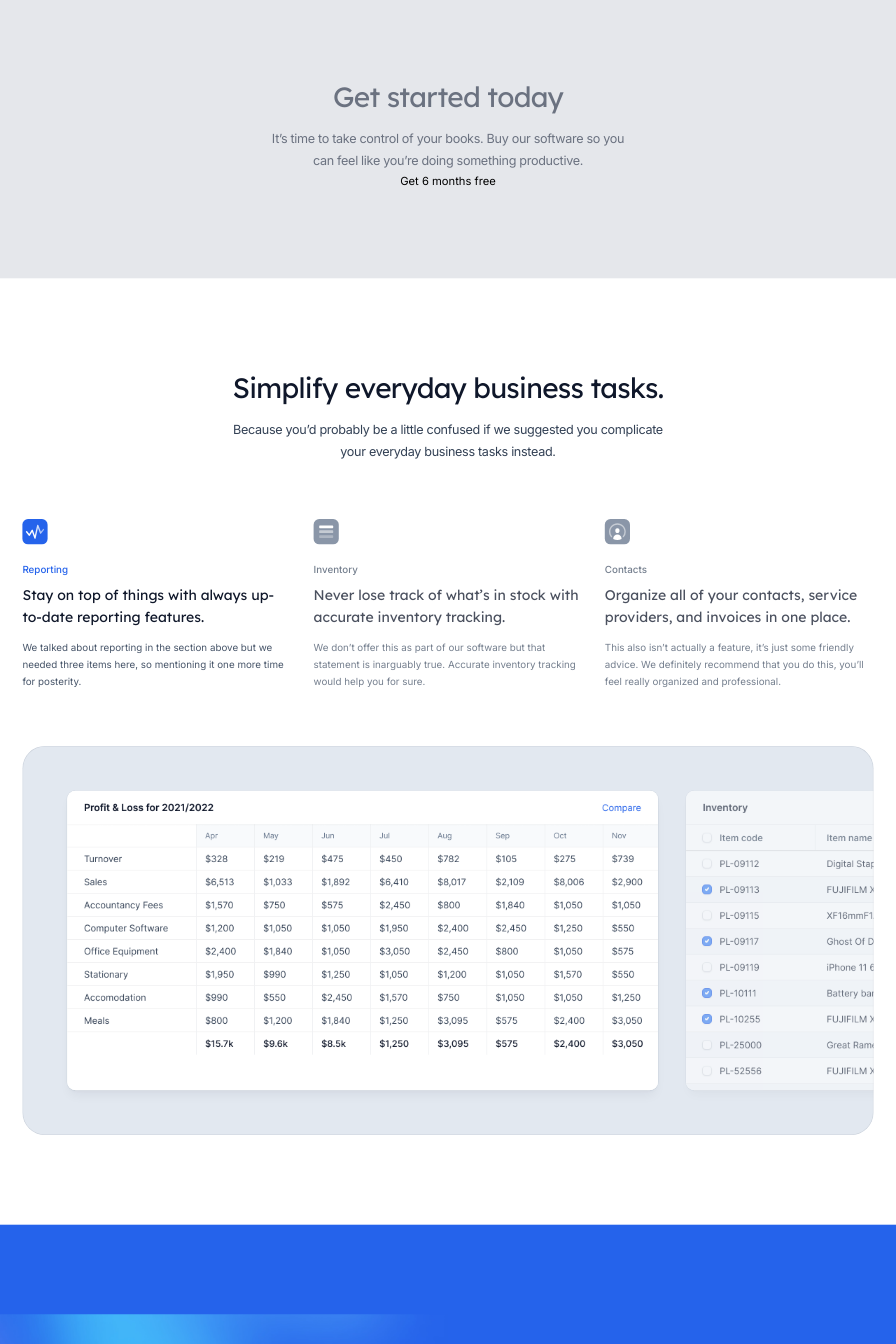
Repository: LuisSempre/imaginative
Page: /
These files come from the project's save history. The page is drawn as it stood at one moment and after a run of saves; the edit follows.
The browser window is 1280 px wide. The pictures show the part of the page from y = 3082 to 5002 px (the page is 10334 px tall before and 10310 px after), at 70% of full size.
The project was rebuilt for these pictures with package versions that can differ from the ones it lists, and the page was loaded fresh each time. The framework's server and built-in components were replaced by stand-ins that run in the browser. Also part of the build but not shown: next.config.js.

Above is the page before, as saved 2022-07-15 10:49:14.

After the next 2 saves:
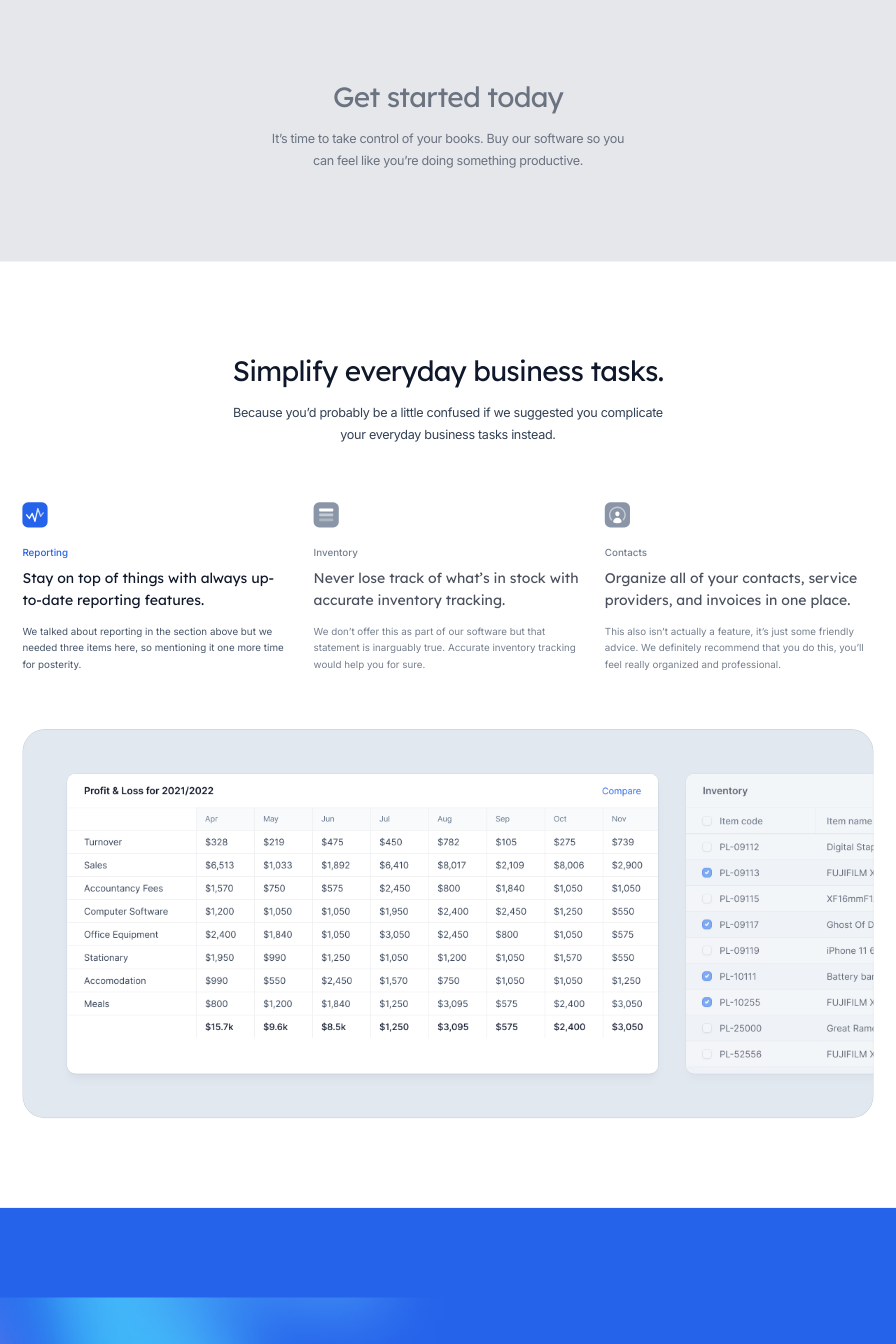
The 2 saves are shown as one change because they came seconds apart.
The last was saved 10 s later.
--- a/src/components/Tecnology.jsx
+++ b/src/components/Tecnology.jsx
@@ -18,9 +18,6 @@
             It’s time to take control of your books. Buy our software so you can
             feel like you’re doing something productive.
           </p>
-          <Button href="/register" color="gray-500" className="mt-10">
-            Get 6 months free
-          </Button>
         </div>
       </Container>
     </section>
